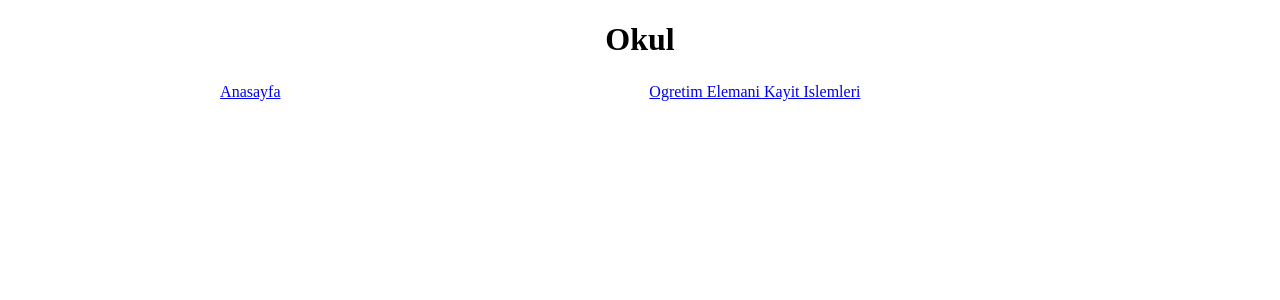
Repository: Egemen-ve-Burakhan-internet-final/final
Page: http://localhost/ogretim/ogretmen_kayit.jsp
An editor plug-in stored every save of this project. The page is shown before and after the next save, followed by the edit.
The browser window is 1280 px wide. The pictures show the whole page.
The page is served by Tomcat 9.

Above is the page before, as saved 2020-05-25 14:09:48.

After the next save:
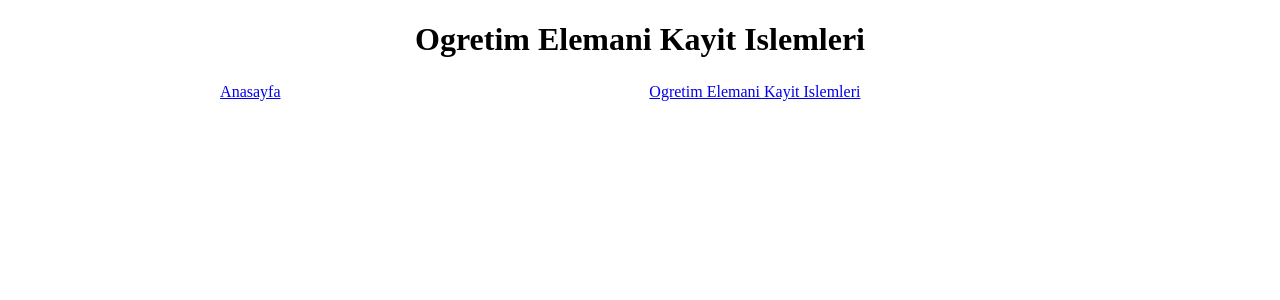
Saved 20 s later.
--- a/okul/ogretim/WebContent/ogretmen_kayit.jsp
+++ b/okul/ogretim/WebContent/ogretmen_kayit.jsp
@@ -9,7 +9,7 @@
 <body>
 	<div>
 		<div>
-			<h1 style="text-align:center">Okul</h1>
+			<h1 style="text-align:center">Ogretim Elemani Kayit Islemleri</h1>
 		</div>
 		<div>
 			<table width="80%" align= center>
